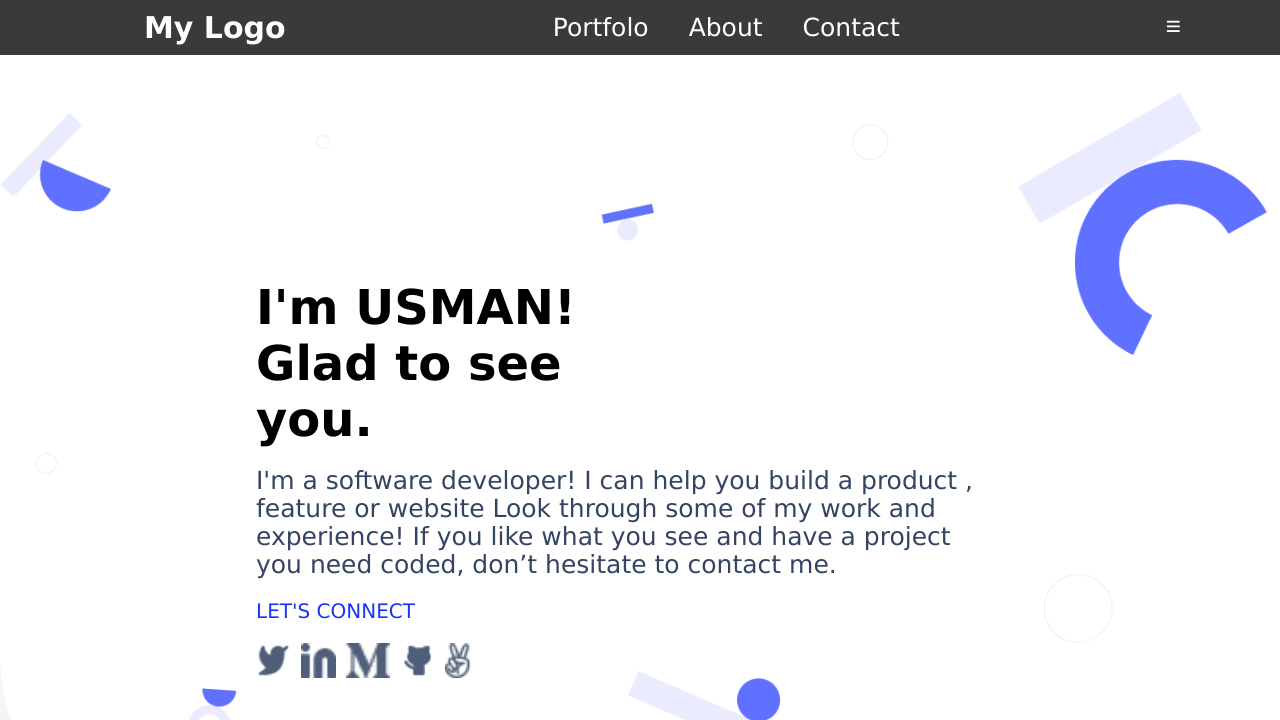
Repository: usman3123/portfolio-template-3
Page: index.html
An editor plug-in stored every save of this project. The page is shown before and after the next save, followed by the edit.
The browser window is 1280 px wide. The pictures show the window.
A layer covers the whole window, so only the first screen is drawn. Some web libraries are served in a nearby version.

Above is the page before, as saved 2025-02-11 09:28:45.
Console error: TypeError: Cannot read properties of null (reading 'addEventListener')

After the next save:
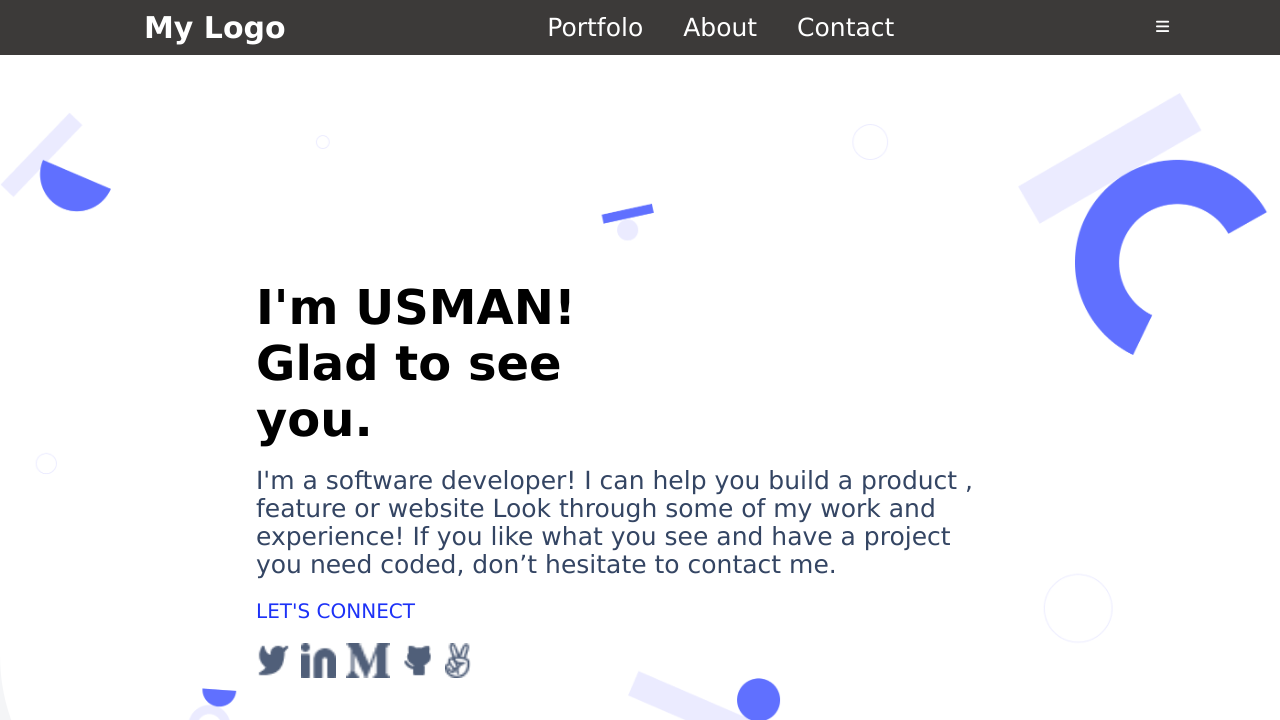
The error is gone.
Saved 50 s later.
--- a/index.html
+++ b/index.html
@@ -30,7 +30,7 @@
               <a href="#myabout" class="link">About</a>
               <a href="#mycontact" class="link" >Contact</a>
           </div>
-          <i class="fa-solid fa-light fa-bars fa-xl " class="nav-icon"></i>
+          <i class="fa-solid fa-light fa-bars fa-xl nav-icon"></i>
       </nav>
   </div>
 
